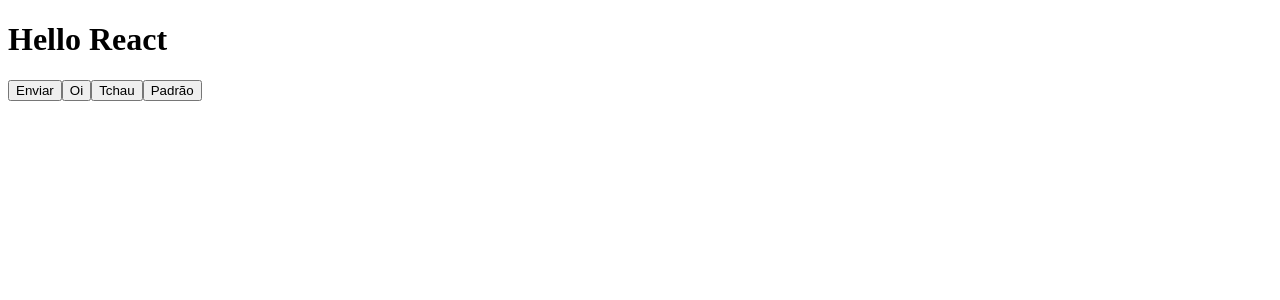
Repository: guilhermecardoso93/nlwreturn-react
Page: /
An editor plug-in stored every save of this project. The page is shown before and after the next save, followed by the edit.
The browser window is 1280 px wide. The pictures show the whole page.
The project was rebuilt for these pictures with package versions that can differ from the ones it lists, and the page was loaded fresh each time. Also part of the build but not shown: vite.config.ts.

Above is the page before, as saved 2022-05-02 20:42:18.

### src/App.tsx
interface ButtonProps {
  text?: string;
}

function Button(props: ButtonProps) {
  return <button>{props.text ?? "Padrão"}</button>;
}

function App() {
  return (
    <>
      <h1>Hello React</h1>
      <Button text="Enviar" />
      <Button text="Oi" />
      <Button text="Tchau" />
      <Button />
    </>
  );
}

export default App;

Loaded but not shown: index.html (common file); src/main.tsx (common file)

After the next save:
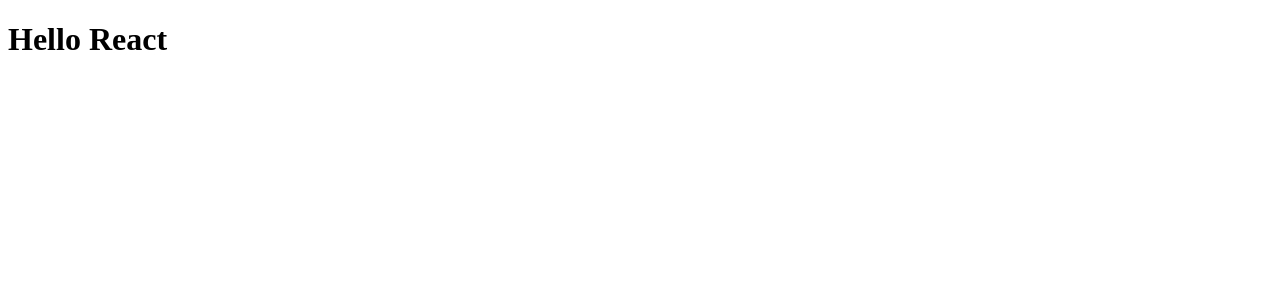
Saved 8 min 44 s later.
--- a/src/App.tsx
+++ b/src/App.tsx
@@ -1,19 +1,7 @@
-interface ButtonProps {
-  text?: string;
-}
-
-function Button(props: ButtonProps) {
-  return <button>{props.text ?? "Padrão"}</button>;
-}
-
 function App() {
   return (
     <>
       <h1>Hello React</h1>
-      <Button text="Enviar" />
-      <Button text="Oi" />
-      <Button text="Tchau" />
-      <Button />
     </>
   );
 }
